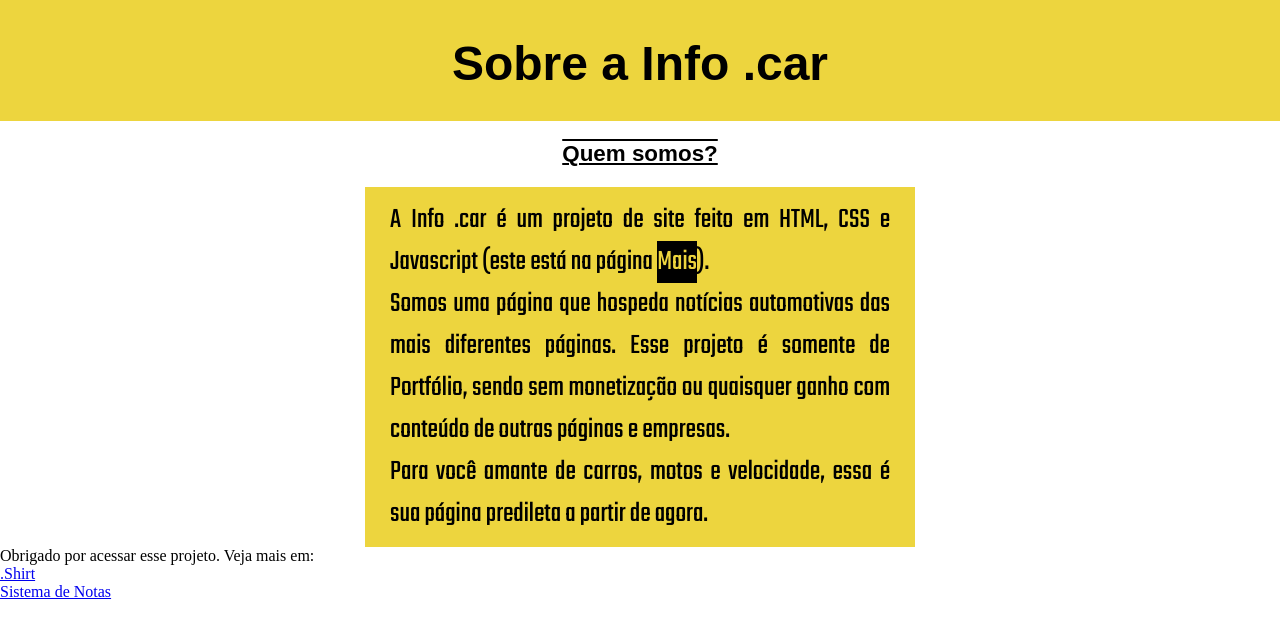
Repository: Leonngc/projeto-info.car
Page: sobre.html
An editor plug-in stored every save of this project. The page is shown before and after a run of saves, followed by the edit.
The browser window is 1280 px wide. The pictures show the whole page.
Some web fonts or font styles are not loaded; a fallback is used.

Above is the page before, as saved 2022-11-05 15:43:57.

After the next 2 saves:
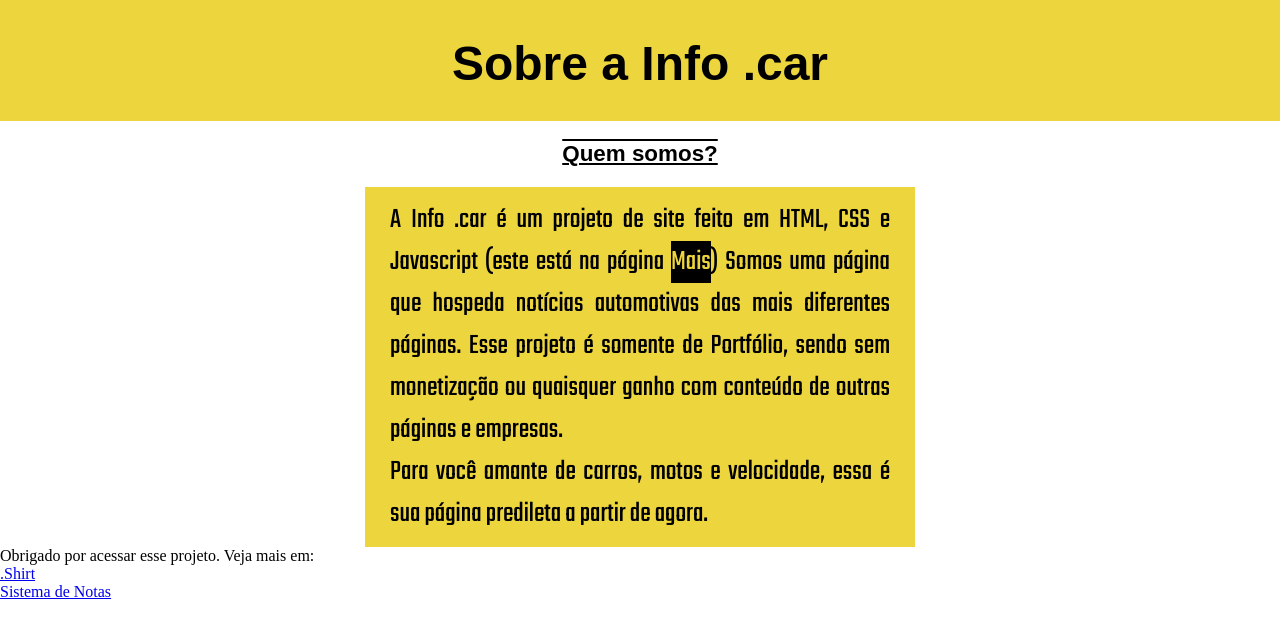
The 2 saves are shown as one change because they came seconds apart.
The last was saved 19 s later.
--- a/sobre.html
+++ b/sobre.html
@@ -16,7 +16,7 @@
         <article>
             <h1>Quem somos?</h1>
             <p>
-                A Info .car é um projeto de site feito em HTML, CSS e Javascript (este está na página <a href="">Mais</a>).  <br>
+                A Info .car é um projeto de site feito em HTML, CSS e Javascript (este está na página <a href="">Mais</a>)<abbr.  <br>
                 Somos uma página que hospeda notícias automotivas das mais diferentes páginas. Esse projeto é somente de Portfólio, sendo sem monetização ou quaisquer ganho com conteúdo de outras páginas e empresas.
                 <br>
                 Para você amante de carros, motos e velocidade, essa é sua página predileta a partir de agora. <br>

After the save that followed:
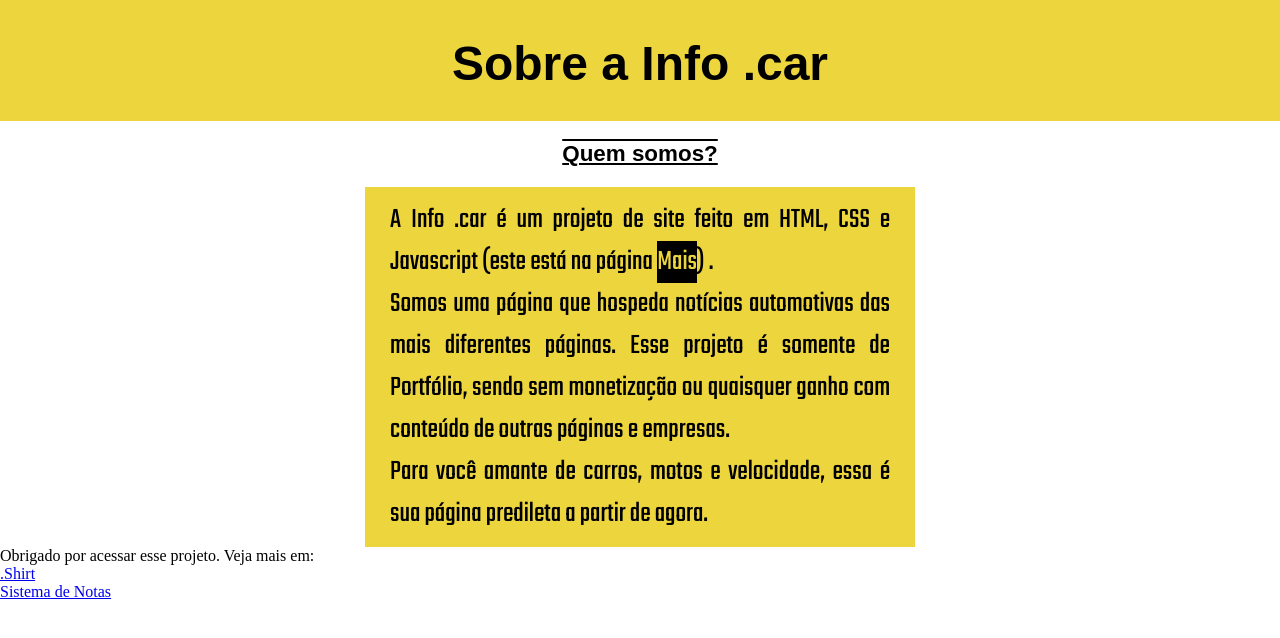
Saved 4 s later.
--- a/sobre.html
+++ b/sobre.html
@@ -16,7 +16,7 @@
         <article>
             <h1>Quem somos?</h1>
             <p>
-                A Info .car é um projeto de site feito em HTML, CSS e Javascript (este está na página <a href="">Mais</a>)<abbr.  <br>
+                A Info .car é um projeto de site feito em HTML, CSS e Javascript (este está na página <a href="">Mais</a>) <abbr title=""></abbr>.  <br>
                 Somos uma página que hospeda notícias automotivas das mais diferentes páginas. Esse projeto é somente de Portfólio, sendo sem monetização ou quaisquer ganho com conteúdo de outras páginas e empresas.
                 <br>
                 Para você amante de carros, motos e velocidade, essa é sua página predileta a partir de agora. <br>
